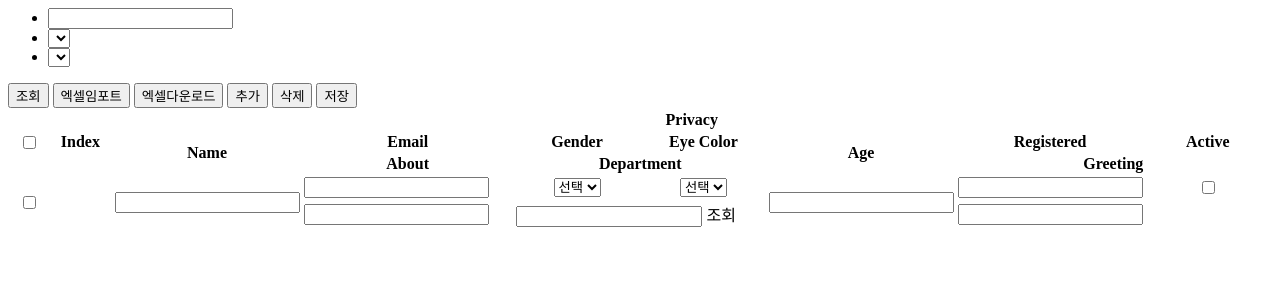
Repository: bbalganjjm/natural_js_boot
Page: src/main/resources/static/html/com/app/sample/type0201.html
The author's editor kept a copy of each file at every save. The page is drawn from the files as they stood at one save, then again after the next save.
The browser window is 1280 px wide. The pictures show the whole page.

Above is the page before, as saved 2021-03-17 16:46:29.
Console error: ReferenceError: N is not defined

After the next save:
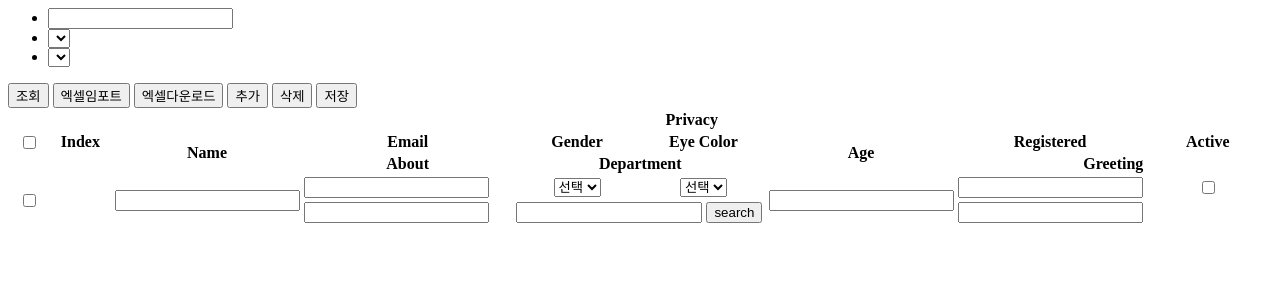
Saved 71 s later.
--- a/src/main/resources/static/html/com/app/sample/type0201.html
+++ b/src/main/resources/static/html/com/app/sample/type0201.html
@@ -68,8 +68,10 @@
             </tr>
             <tr>
                 <td><input id="about" type="text"></td>
-                <td colspan="2"><input id="deptNm" type="text" data-validate='[["required"]]' style="width: 75%;" readonly="readonly"> <a id="btnDept"
-                            data-opts='{ "size" : "small" }' class="R">조회</a></td>
+                <td colspan="2">
+                    <input id="deptNm" type="text" data-validate='[["required"]]' style="width: 75%;" readonly="readonly">
+                    <button id="btnDept" class="mdc-icon-button mdc-icon-button--mini">search</button>
+                </td>
                 <td colspan="2"><input id="greeting" type="text"></td>
             </tr>
         </tbody>
